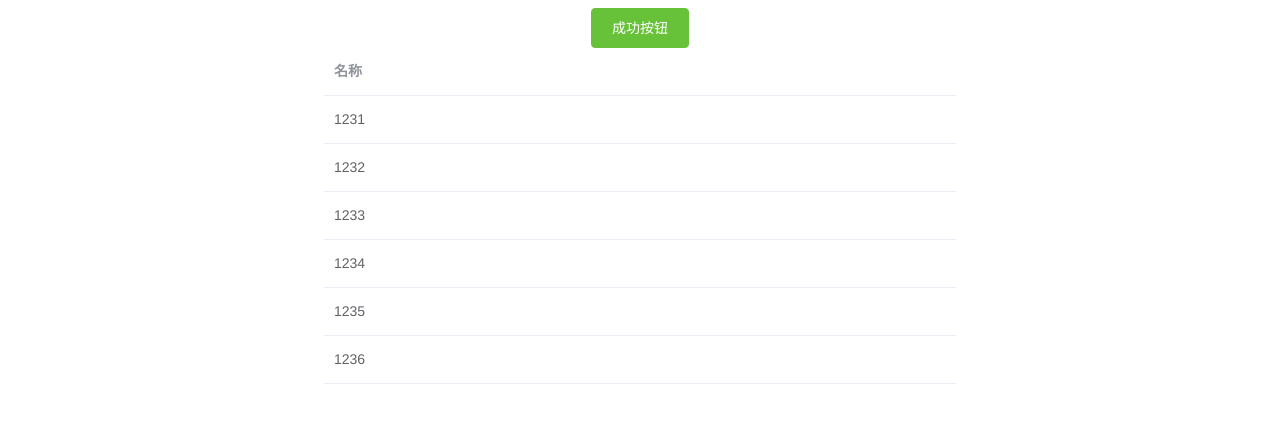
Repository: faintout/BHMQTTSendTool
Page: /
These files come from the project's save history. The page is drawn as it stood at one moment and after the next save; the edit follows.
The browser window is 1280 px wide. The pictures show the whole page.
The project was rebuilt for these pictures with package versions that can differ from the ones it lists, and the page was loaded fresh each time. Also part of the build but not shown: vue.config.js. Imported but missing from the stored project, and not drawn on this page: src/views/About.vue.

Above is the page before, as saved 2020-08-26 13:58:23.

After the next save:
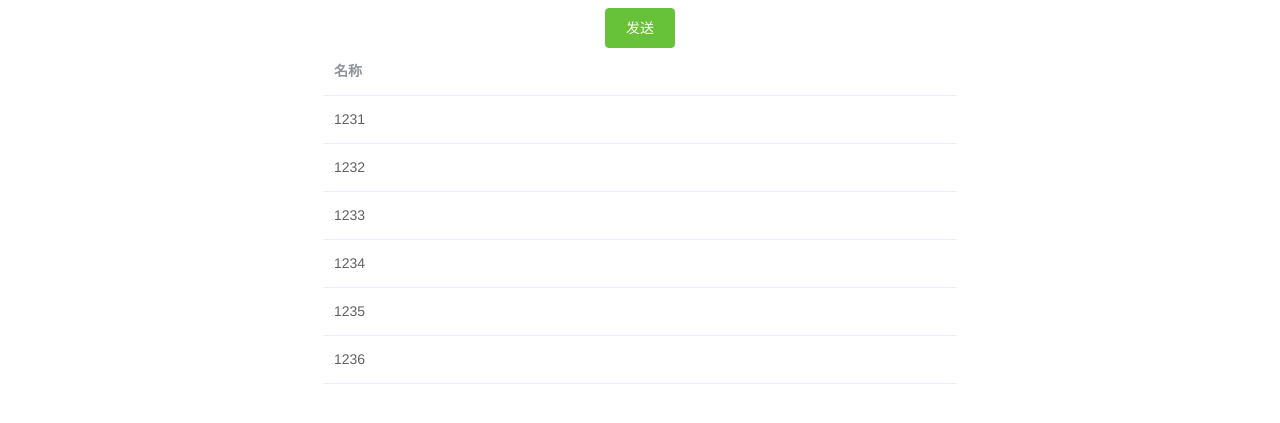
Saved 38 s later.
--- a/src/views/Home.vue
+++ b/src/views/Home.vue
@@ -3,7 +3,7 @@
       <title></title>
           <!-- 按钮模块 -->
     <div>
-       <el-button type="success">成功按钮</el-button>
+       <el-button type="success">发送</el-button>
     </div>
       <el-table
       v-loading="tableLoading"
